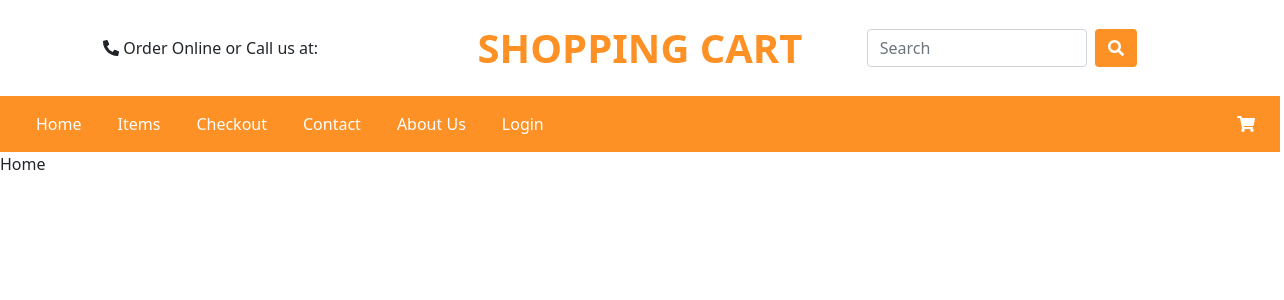
Repository: SaudCh/React-Ecommerce
Page: /
The author's editor kept a copy of each file at every save. The page is drawn from the files as they stood at one save, then again after the next save.
The browser window is 1280 px wide. The page is 1284 px wide, so the pictures cover 1284 px, including what lies to the right of the window. The pictures show the whole page.
The project was rebuilt for these pictures with package versions that can differ from the ones it lists, and the page was loaded fresh each time. Also part of the build but not shown: src/App.css.

Above is the page before, as saved 2021-12-05 12:46:46.

### src/App.js
import "./App.css";
import Header from "./Header/Header";
import "../node_modules/bootstrap/dist/css/bootstrap.min.css";
import "../node_modules/bootstrap/dist/js/bootstrap.bundle.min";
import { BrowserRouter, Switch, Route } from "react-router-dom";

function App() {
  return (
    <BrowserRouter>
      <Header />
      <Switch>
        <Route path="/" exact>
          <div>Home</div>
        </Route>
      </Switch>
    </BrowserRouter>
  );
}

export default App;

### src/Header/Header.jsx
import {
  faPhoneAlt,
  faSearch,
  faShoppingCart,
} from "@fortawesome/free-solid-svg-icons";
import { FontAwesomeIcon } from "@fortawesome/react-fontawesome";
import React from "react";
import { Link } from "react-router-dom";
import "./Header.css";

export default function Header() {
  return (
    <div>
      <nav className="cotainer-fluid m-2 my-4">
        <div className="row align-items-center">
          <div className="col-12 col-md-4 text-center ">
            <p className="m-0 p-0">
              <FontAwesomeIcon icon={faPhoneAlt} /> Order Online or Call us at:{" "}
            </p>
          </div>
          <div className="col-12 col-md-4 text-center">
            <p className="m-0 fw-bold h1" style={{ color: "#fe9126" }}>
              SHOPPING CART
            </p>
          </div>
          <div className="col-12 col-md-4 text-center">
            <form class="d-flex col-12 col-lg-8">
              <input
                class="form-control me-2"
                type="search"
                placeholder="Search"
                aria-label="Search"
              />
              <button
                class="btn text-white"
                style={{ backgroundColor: "#fe9126" }}
                type="submit"
              >
                <FontAwesomeIcon icon={faSearch} />
              </button>
            </form>
          </div>
        </div>
      </nav>
      <nav
        class="navbar navbar-expand-md navbar-dark"
        style={{ backgroundColor: "#fe9126" }}
      >
        <div class="container-fluid">
          <Link class="navbar-brand" href="#"></Link>

          <button
            class="navbar-toggler"
            type="button"
            data-bs-toggle="collapse"
            data-bs-target="#navbarSupportedContent"
            aria-controls="navbarSupportedContent"
            aria-expanded="false"
            aria-label="Toggle navigation"
          >
            <span class="navbar-toggler-icon"></span>
          </button>
          <div class="collapse navbar-collapse" id="navbarSupportedContent">
            <ul class="navbar-nav me-auto mb-2 mb-lg-0 nav-ul">
              <li class="nav-item">
                <Link class="nav-link  text-white" aria-current="page" to="#">
                  Home
                </Link>
              </li>
              <li class="nav-item">
                <Link class="nav-link  text-white" to="#">
                  Items
                </Link>
              </li>

              <li class="nav-item">
                <Link
                  class="nav-link text-white"
                  to="#"
                  tabindex="-1"
                  aria-disabled="true"
                >
                  Checkout
                </Link>
              </li>
              <li class="nav-item">
                <Link
                  class="nav-link text-white"
                  to="#"
                  tabindex="-1"
                  aria-disabled="true"
                >
                  Contact
                </Link>
              </li>
              <li class="nav-item">
                <Link
                  class="nav-link text-white"
                  to="#"
                  tabindex="-1"
                  aria-disabled="true"
                >
                  About Us
                </Link>
              </li>
              <li class="nav-item">
                <Link
                  class="nav-link text-white"
                  to="#"
                  tabindex="-1"
                  aria-disabled="true"
                >
                  Login
                </Link>
              </li>
            </ul>
            <button className="btn text-white">
              <FontAwesomeIcon icon={faShoppingCart} />
            </button>
          </div>
        </div>
      </nav>
    </div>
  );
}

### src/Header/Header.css
.nav-ul li {
  margin-right: 20px;
}

Loaded but not shown: public/index.html (common file); src/index.js (common file); src/reportWebVitals.js (common file)

After the next save:
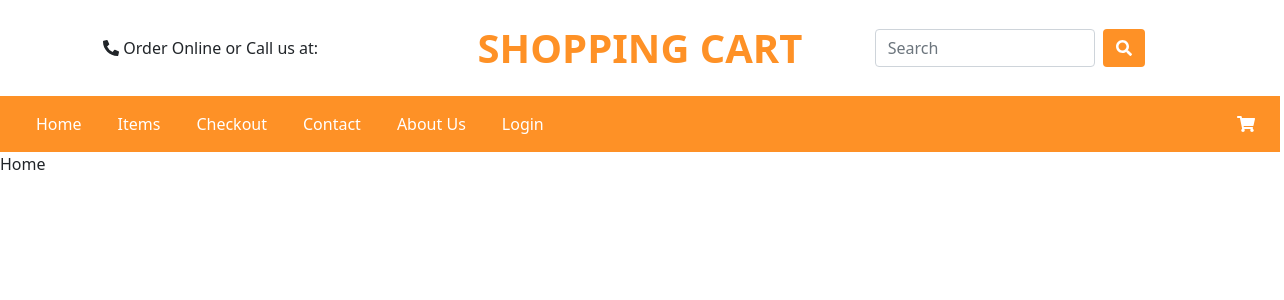
Saved 21 s later.
--- a/src/Header/Header.jsx
+++ b/src/Header/Header.jsx
@@ -24,7 +24,7 @@ export default function Header() {
             </p>
           </div>
           <div className="col-12 col-md-4 text-center">
-            <form class="d-flex col-12 col-lg-8">
+            <form class="d-flex col-12 col-lg-8 mx-2">
               <input
                 class="form-control me-2"
                 type="search"
